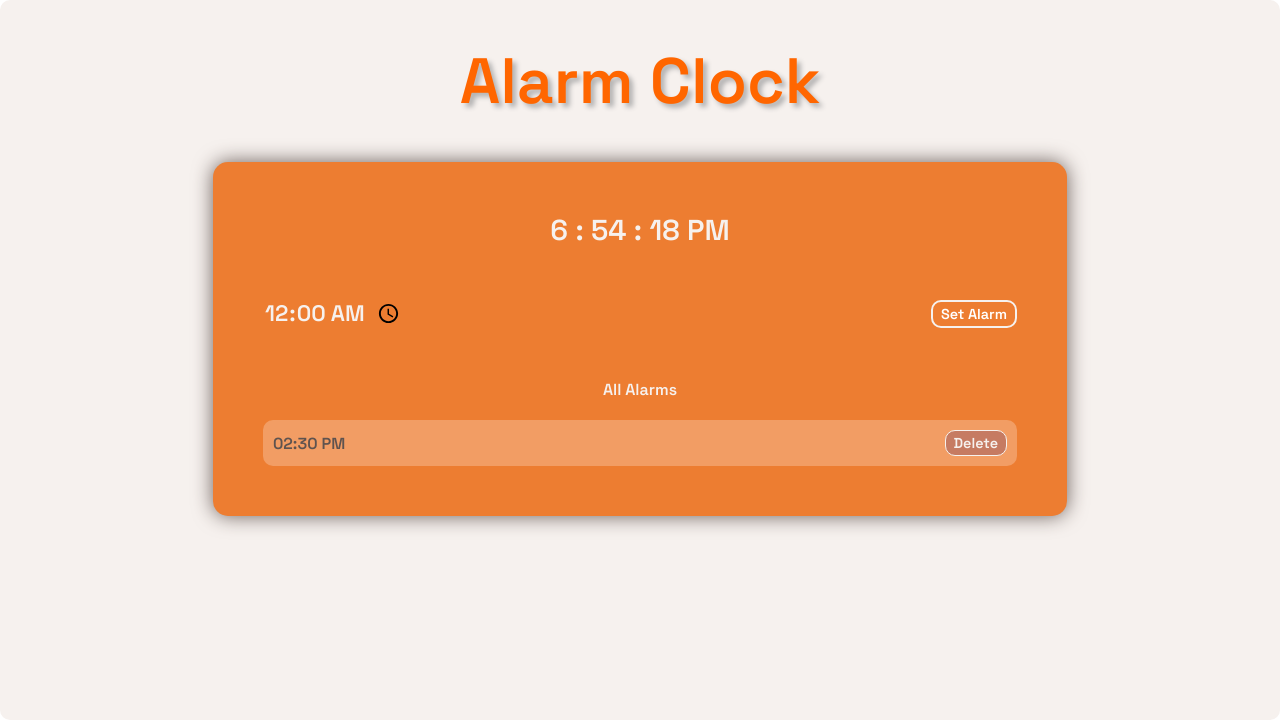
Repository: Pragya016/Alarm-Clock
Page: Index.html
These files come from the project's save history. The page is drawn as it stood at one moment and after a run of saves; the edit follows.
The browser window is 1280 px wide. The pictures show the whole page.

Above is the page before, as saved 2024-01-19 22:51:54.

After the next 2 saves:
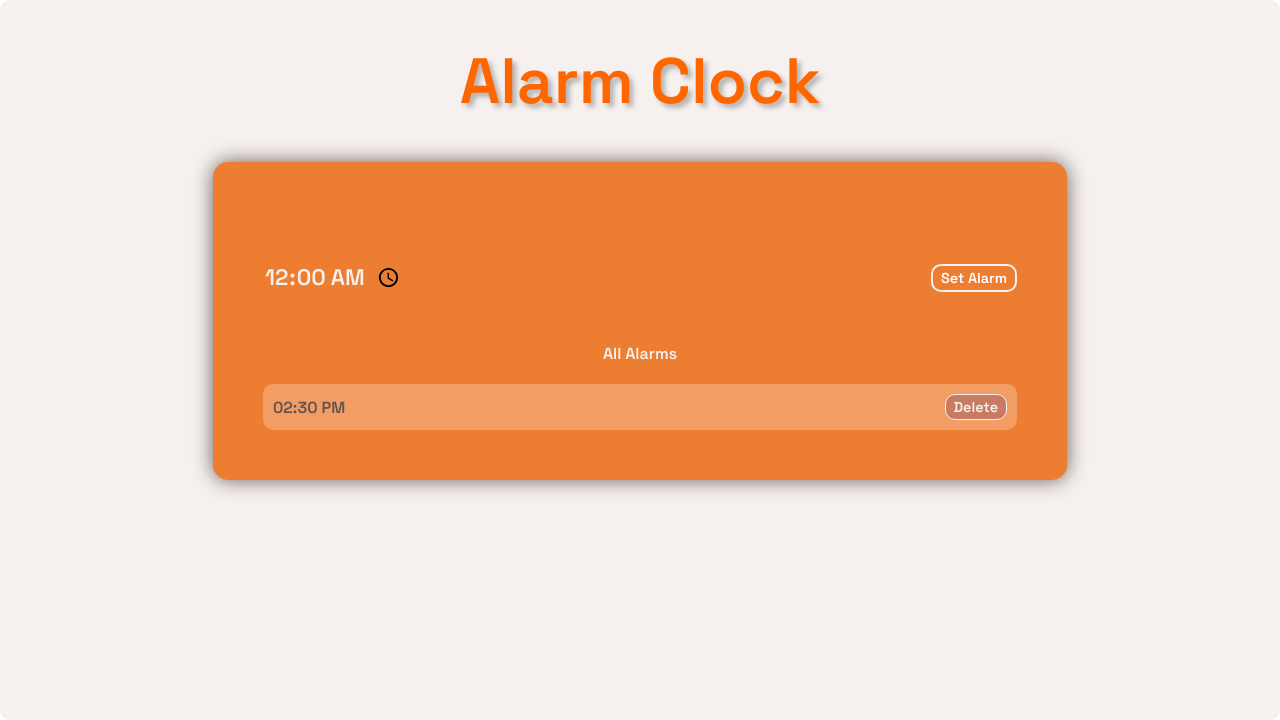
Console error: SyntaxError: Identifier 'hours' has already been declared
The 2 saves are shown as one change because they came seconds apart.
The last was saved 14 s later.
--- a/clock.js
+++ b/clock.js
@@ -79,6 +79,10 @@
         hours = hours % 12;
     }
 
+    const dateObj = new Date()
+    const hours = dateObj.getHours();
+    var am = (hours >= 12) ? "PM" : "AM";
+
     // calculating seconds
     const totalMin = (hours * 60) + minutes;
     let totalSeconds = totalMin * 60;

After the 5 saves that followed:
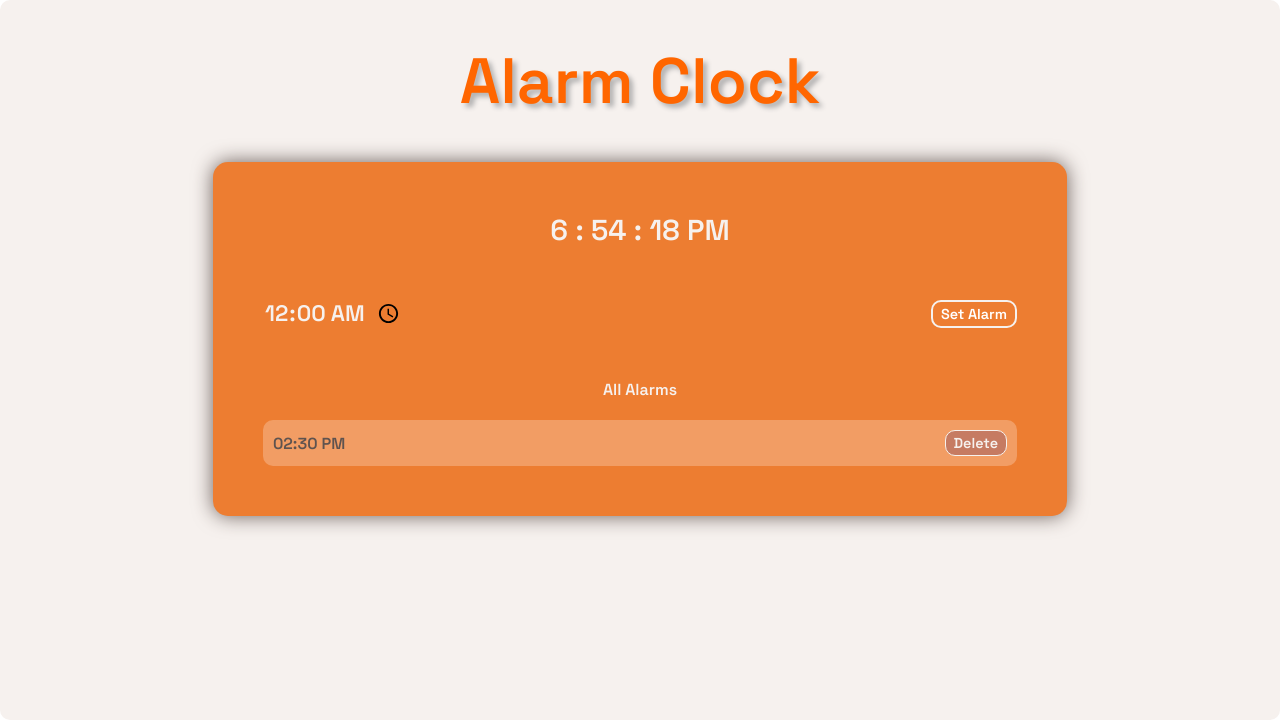
The error is gone.
The 5 saves are shown as one change because they came seconds apart.
The last was saved 17 s later.
--- a/clock.js
+++ b/clock.js
@@ -80,7 +80,7 @@
     }
 
     const dateObj = new Date()
-    const hours = dateObj.getHours();
+    const hour = dateObj.getHours();
     var am = (hours >= 12) ? "PM" : "AM";
 
     // calculating seconds
